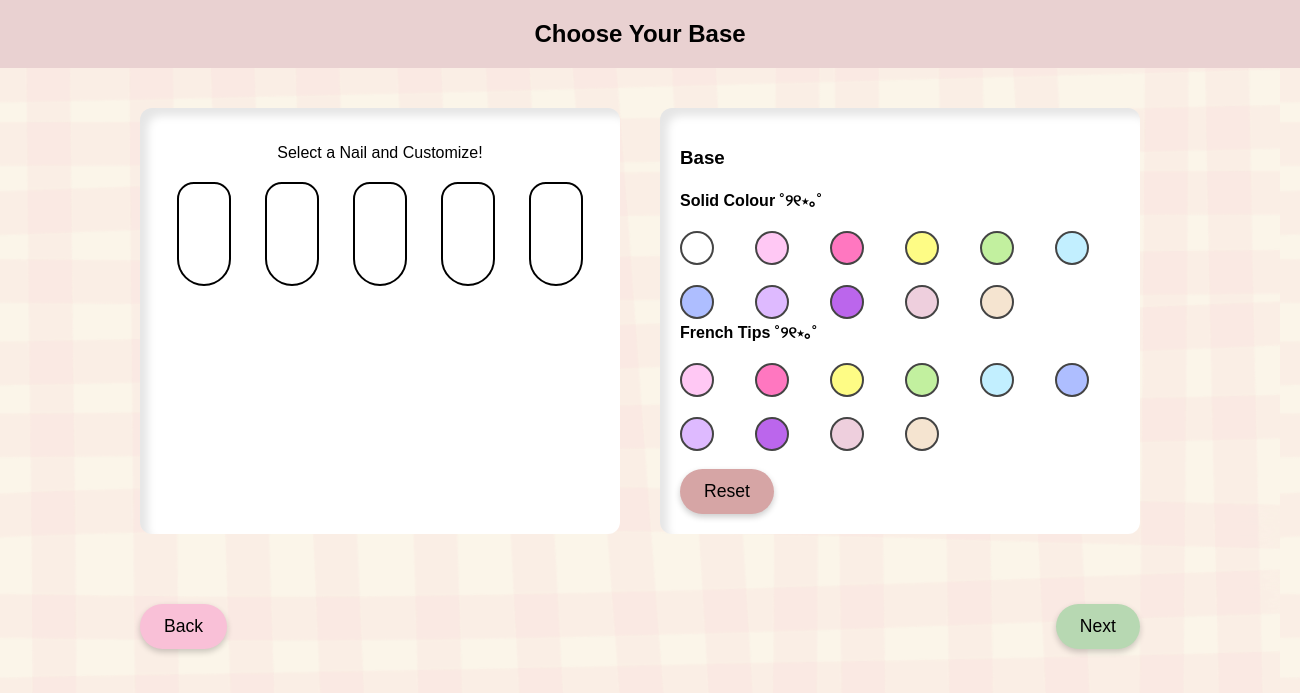
Repository: amolwalia/Fluidity-Lab
Page: base-paint.html
The author's editor kept a copy of each file at every save. The page is drawn from the files as they stood at one save, then again after the next save.
The browser window is 1280 px wide. The page is 1300 px wide, so the pictures cover 1300 px, including what lies to the right of the window. The pictures show the whole page.

Above is the page before, as saved 2025-05-11 19:01:40.

### base-paint.html
<!DOCTYPE html>
<html lang="en">
  <head>
    <meta charset="UTF-8" />
    <meta name="viewport" content="width=device-width, initial-scale=1.0" />
    <title>Choose Your Base</title>
    <link rel="stylesheet" href="./styles/basepaints.css" />
  </head>
  <body>
    <header>Choose Your Base</header>
    <div class="container">
      <div class="nail-area">
        <p style="text-align: center">Select a Nail and Customize!</p>
        <div class="nails">
          <div class="nail" onclick="selectNail(this)"></div>
          <div class="nail" onclick="selectNail(this)"></div>
          <div class="nail" onclick="selectNail(this)"></div>
          <div class="nail" onclick="selectNail(this)"></div>
          <div class="nail" onclick="selectNail(this)"></div>
        </div>
      </div>
      <div class="palette">
        <h3>Base</h3>
        <strong>Solid Colour ˚୨୧⋆｡˚</strong>
        <div class="colors">
          <div
            class="color"
            style="background: white"
            onclick="setColor('white', false)"
          ></div>
          <div
            class="color"
            style="background: #ffc8f4"
            onclick="setColor('#ffc8f4', false)"
          ></div>
          <div
            class="color"
            style="background: #ff77c0"
            onclick="setColor('#ff77c0', false)"
          ></div>
          <div
            class="color"
            style="background: #fefc85"
            onclick="setColor('#fefc85', false)"
          ></div>
          <div
            class="color"
            style="background: #c2f09f"
            onclick="setColor('#c2f09f', false)"
          ></div>
          <div
            class="color"
            style="background: #c2efff"
            onclick="setColor('#c2efff', false)"
          ></div>
        </div>
        <div class="colors">
          <div
            class="color"
            style="background: #aebeff"
            onclick="setColor('#AEBEFF', false)"
          ></div>
          <div
            class="color"
            style="background: #debaff"
            onclick="setColor('#DEBAFF', false)"
          ></div>
          <div
            class="color"
            style="background: #bb66ec"
            onclick="setColor('#BB66EC', false)"
          ></div>
          <div
            class="color"
            style="background: #eecfdd"
            onclick="setColor('#EECFDD', false)"
          ></div>
          <div
            class="color"
            style="background: #f5e4d0"
            onclick="setColor('#F5E4D0', false)"
          ></div>
        </div>
        <strong>French Tips ˚୨୧⋆｡˚</strong>
        <div class="colors">
          <div
            class="color"
            style="background: #ffc8f4"
            onclick="setColor('#ffc8f4', true)"
          ></div>
          <div
            class="color"
            style="background: #ff77c0"
            onclick="setColor('#ff77c0', true)"
          ></div>
          <div
            class="color"
            style="background: #fefc85"
            onclick="setColor('#fefc85', true)"
          ></div>
          <div
            class="color"
            style="background: #c2f09f"
            onclick="setColor('#c2f09f', true)"
          ></div>
          <div
            class="color"
            style="background: #c2efff"
            onclick="setColor('#c2efff', true)"
          ></div>
          <div
            class="color"
            style="background: #aebeff"
            onclick="setColor('#AEBEFF', true)"
          ></div>
        </div>
        <div class="colors">
          <div
            class="color"
            style="background: #debaff"
            onclick="setColor('#DEBAFF', true)"
          ></div>
          <div
            class="color"
            style="background: #bb66ec"
            onclick="setColor('#BB66EC', true)"
          ></div>
          <div
            class="color"
            style="background: #eecfdd"
            onclick="setColor('#EECFDD', true)"
          ></div>
          <div
            class="color"
            style="background: #f5e4d0"
            onclick="setColor('#F5E4D0', true)"
          ></div>
        </div>
        <br />
        <button class="btn btn-brown" onclick="resetColors()">Reset</button>
      </div>
    </div>
    <div class="btn-row">
      <button class="btn btn-pink" onclick="location.href='index.html'">
        Back
      </button>
      <button class="btn btn-green" onclick="saveNailColorsAndGoNext()">
        Next
      </button>
    </div>
    <script src="./scripts/basepaints.js"></script>
  </body>
</html>

### styles/basepaints.css
body {
  margin: 0;
  font-family: "Quicksand", sans-serif;
  background: url("../media/pink_plaid.png");
  background-size: cover;
  background-blend-mode: multiply;
  background-color: #fbf5e9;
  display: flex;
  flex-direction: column;
  align-items: center;
}
header {
  width: 100%;
  padding: 20px;
  background-color: #e9d1d1;
  text-align: center;
  font-weight: bold;
  font-size: 1.5rem;
}
.container {
  display: flex;
  justify-content: space-between;
  padding: 40px;
  width: 100%;
  max-width: 1000px;
}
.nail-area,
.palette {
  background: #fff;
  border-radius: 12px;
  padding: 20px;
  box-shadow: inset 8px 8px 8px  rgba(0, 0, 0, 0.1);
}
.nail-area {
  flex: 1;
  margin-right: 40px;
}
.palette {
  flex: 1;
}
.nails {
  display: flex;
  justify-content: space-around;
  margin-top: 20px;
}
.nail {
  width: 50px;
  height: 100px;
  border: 2px solid #000;
  border-radius: 25px 25px 40px 40px;
  background: #fff;
  position: relative;
  overflow: hidden;
}
.french-tip-overlay {
  position: absolute;
  top: 0;
  left: 0;
  width: 100%;
  height: 100%;
  pointer-events: none;
  z-index: 50;
  background: none;
}
.french-tip-overlay::before {
  content: "";
  position: absolute;
  top: 0;
  left: 0;
  width: 100%;
  height: 100%;
  background: url("data:[embedded picture, 672 characters]")
    top center / 100% auto no-repeat;
  opacity: 1;
  z-index: 50;
}
.colors {
  display: grid;
  grid-template-columns: repeat(6, 1fr);
  gap: 10px;
  margin-top: 20px;
}
.color {
  width: 30px;
  height: 30px;
  border-radius: 50%;
  cursor: pointer;
  border: 2px solid #444;
}
.btn-row {
  display: flex;
  justify-content: space-between;
  width: 100%;
  max-width: 1000px;
  margin-top: 30px;
}
.btn {
  padding: 12px 24px;
  font-size: 1.1rem;
  background-color: #b7d8b2;
  border: none;
  border-radius: 25px;
  cursor: pointer;
  box-shadow: 0 3px 6px rgba(0, 0, 0, 0.2);
  transition: transform 0.3s ease, box-shadow 0.3s ease;
}
.btn:hover {
  transform: scale(1.05);
  box-shadow: 0 6px 12px rgba(183, 216, 178, 0.6);
}
.btn-pink {
  background-color: #f9c0d7;
}
.btn-green {
  background-color: #b7d8b2;
}
.btn-brown {
  background-color: #d6a5a5;
}

### scripts/basepaints.js
let selectedNail = null;

function selectNail(el) {
  document
    .querySelectorAll(".nail")
    .forEach((nail) => (nail.style.borderColor = "#000"));
  selectedNail = el;
  el.style.borderColor = "deeppink";
}

function setColor(color, isFrenchTip = false) {
  if (selectedNail) {
    selectedNail.style.background = color;
    const existingTip = selectedNail.querySelector(".french-tip-overlay");
    if (existingTip) existingTip.remove();
    if (isFrenchTip) {
      const tip = document.createElement("div");
      tip.className = "french-tip-overlay";
      selectedNail.appendChild(tip);
    }
  }
}

function resetColors() {
  document.querySelectorAll(".nail").forEach((nail) => {
    nail.style.background = "white";
    const tip = nail.querySelector(".french-tip-overlay");
    if (tip) tip.remove();
  });
}

function saveNailColorsAndGoNext() {
  const nails = document.querySelectorAll(".nail");
  const designData = Array.from(nails).map((nail) => {
    return {
      background: nail.style.background,
      hasTip: !!nail.querySelector(".french-tip-overlay"),
    };
  });
  localStorage.setItem("nailDesignData", JSON.stringify(designData));
  location.href = "decorate.html";
}

After the next save:
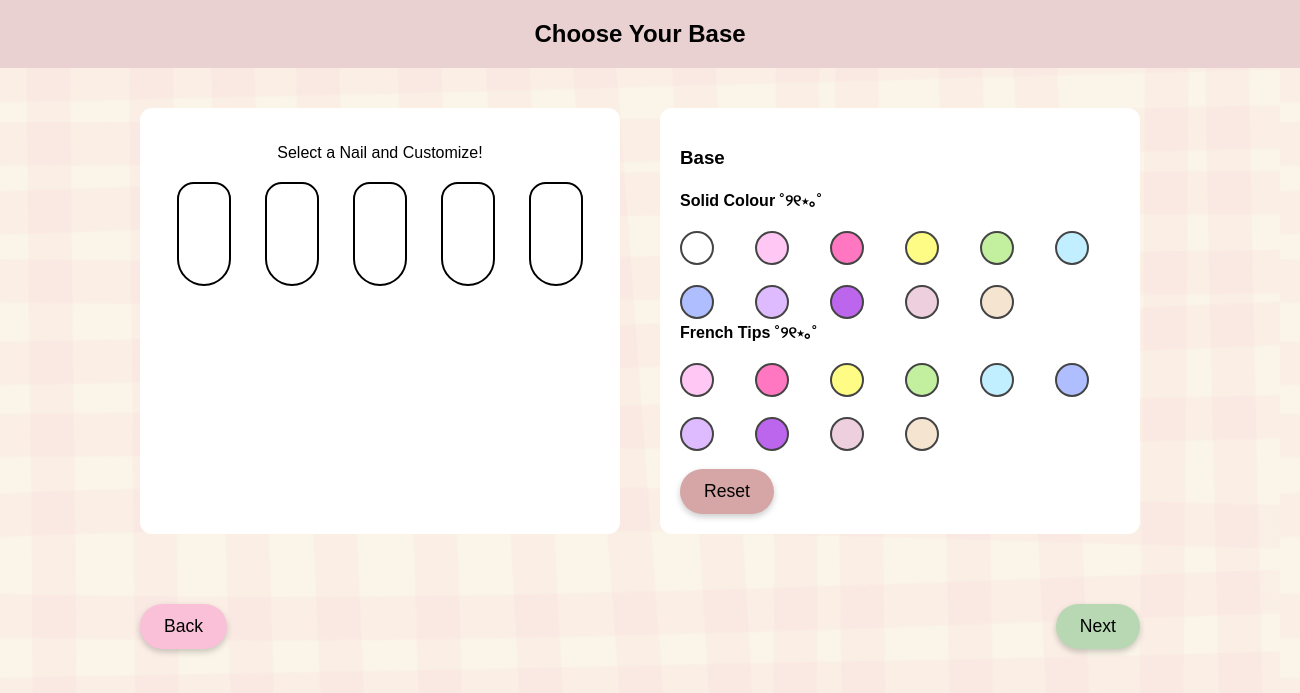
Saved 5 s later.
--- a/styles/basepaints.css
+++ b/styles/basepaints.css
@@ -29,7 +29,7 @@
   background: #fff;
   border-radius: 12px;
   padding: 20px;
-  box-shadow: inset 8px 8px 8px  rgba(0, 0, 0, 0.1);
+  box-shadow: inset 4pxx 8px 8px  rgba(0, 0, 0, 0.1);
 }
 .nail-area {
   flex: 1;

After the save that followed:
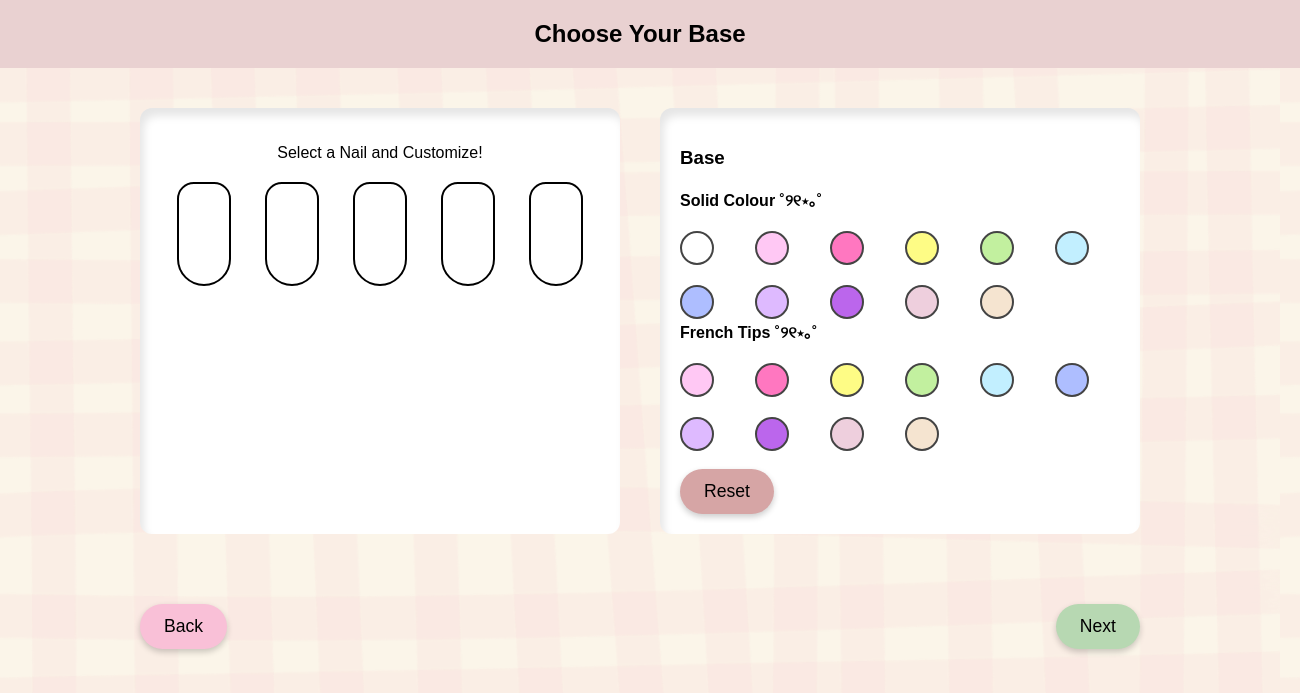
Saved 7 s later.
--- a/styles/basepaints.css
+++ b/styles/basepaints.css
@@ -29,7 +29,7 @@
   background: #fff;
   border-radius: 12px;
   padding: 20px;
-  box-shadow: inset 4pxx 8px 8px  rgba(0, 0, 0, 0.1);
+  box-shadow: inset 4px 8px 8px  rgba(0, 0, 0, 0.1);
 }
 .nail-area {
   flex: 1;
